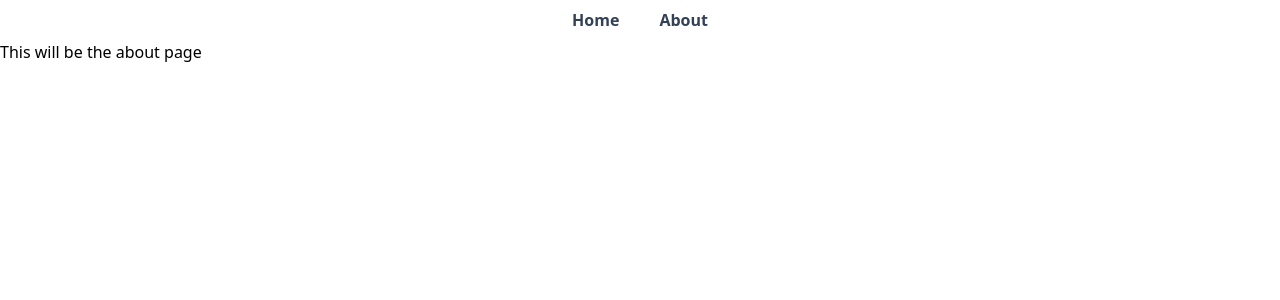
Repository: my-code-pot/courseview
Page: /about
The author's editor kept a copy of each file at every save. The page is drawn from the files as they stood at one save, then again after a run of saves.
The browser window is 1280 px wide. The pictures show the whole page.
The project was rebuilt for these pictures with package versions that can differ from the ones it lists, and the page was loaded fresh each time. The framework's server and built-in components were replaced by stand-ins that run in the browser. Also part of the build but not shown: next.config.js.

Above is the page before, as saved 2022-02-06 21:46:40.

### pages/_app.js
import Layout from "../components/Layout";
import "../styles/global.css";
import { createGlobalStyle, ThemeProvider } from "styled-components";

const GlobalStyle = createGlobalStyle`
  body {
    margin: 0;
    padding: 0;
    box-sizing: border-box;
  }
`;

const theme = {
  colors: {
    primary: "#0070f3",
  },
};

function MyApp({ Component, pageProps }) {
  return (
    <>
      <GlobalStyle />
      <ThemeProvider theme={theme}>
        <Layout>
        <Component {...pageProps} />
        </Layout>
      </ThemeProvider>
    </>
  );
}

export default MyApp;

### pages/about.js
import React from "react";

const about = () => {
  return <div>This will be the about page</div>;
};

export default about;

### components/Layout.js
import React from 'react';
import Navbar from './Navbar'
import Footer from './Footer'

const Layout = ({children}) => {
  return (
    <div>
        <Navbar />
        {children}
        <Footer />
    </div>
  )
};

export default Layout;

### styles/global.css

@import "tailwindcss/tailwind.css";

@import "tailwindcss/base";
@import "tailwindcss/components";
@import "tailwindcss/utilities";

### components/Navbar.js
import React from "react";
import styled from "styled-components";
import Link from "next/link";

const Navbar = () => {
  return (
    <nav className="flex justify-center space-x-4">
      <Link href="/">
        <a
          href=""
          className="font-bold px-3 py-2 text-slate-700 rounded-lg hover:bg-slate-100 hover:text-slate-900"
        >
          Home
        </a>
      </Link>
      <a
        href="/about"
        className="font-bold px-3 py-2 text-slate-700 rounded-lg hover:bg-slate-100 hover:text-slate-900"
      >
        About
      </a>
    </nav>
  );
};

const Nav = styled.nav.attrs({
  className: "flex justify-center space-x-4",
})`
height: 10vh;
width: 100%;
background-color: #fafafa;
`
export default Navbar;

Loaded but not shown: pages/_document.js (common file); components/Footer.js (common file); tailwind.config.js (common file)

After the next 2 saves:
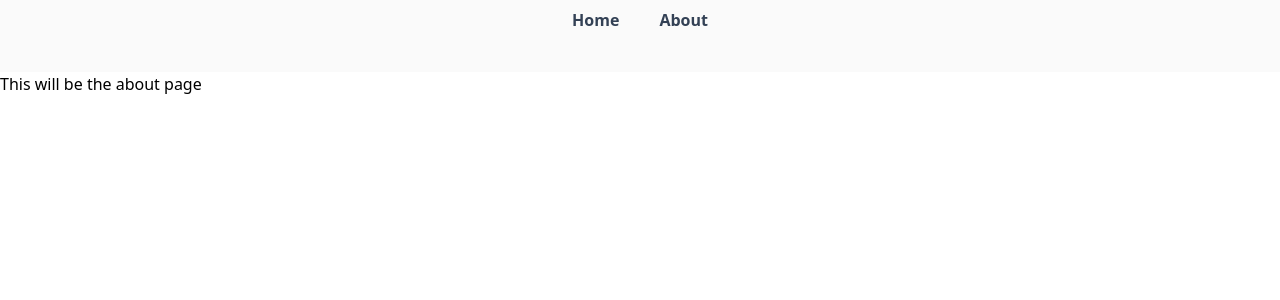
The 2 saves are shown as one change because they came seconds apart.
The last was saved 14 s later.
--- a/components/Navbar.js
+++ b/components/Navbar.js
@@ -4,7 +4,7 @@ import Link from "next/link";
 
 const Navbar = () => {
   return (
-    <nav className="flex justify-center space-x-4">
+    <Nav className="flex justify-center space-x-4">
       <Link href="/">
         <a
           href=""
@@ -19,7 +19,7 @@ const Navbar = () => {
       >
         About
       </a>
-    </nav>
+    </Nav>
   );
 };
 
